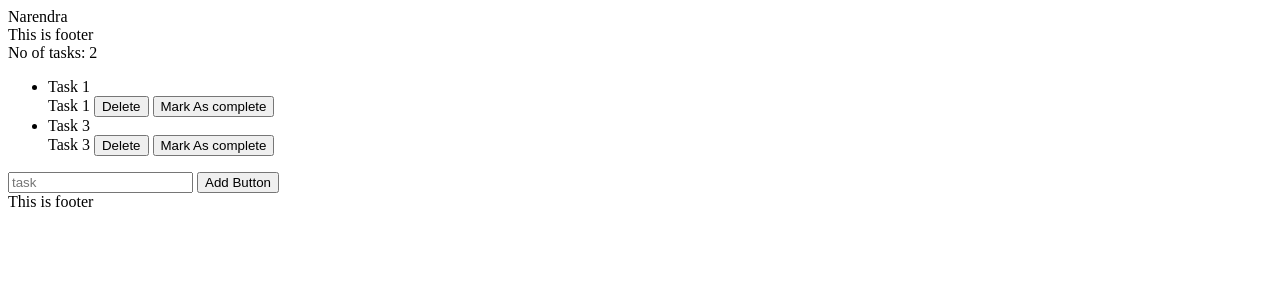
Repository: narendraiitm/jan-2023-term-live-session
Page: todo-vue/index.html
These files come from the project's save history. The page is drawn as it stood at one moment and after a run of saves; the edit follows.
The browser window is 1280 px wide. The pictures show the whole page.

Above is the page before, as saved 2023-02-16 17:46:09.

### todo-vue/index.html
<!DOCTYPE html>
<html lang="en">
  <head>
    <meta charset="UTF-8" />
    <meta http-equiv="X-UA-Compatible" content="IE=edge" />
    <meta name="viewport" content="width=device-width, initial-scale=1.0" />
    <title>Document</title>
    <style>
      .complete {
        color: red;
      }
    </style>
  </head>
  <body>
    <div id="app"></div>
    <script src="https://cdn.jsdelivr.net/npm/vue@2/dist/vue.js"></script>
    <script src="./app.js" type="module"></script>
  </body>
</html>

### todo-vue/app.js
import Footer from './Components/Footer.js'
import Task from './Components/Task.js'

Vue.component('Header', {
  template: `<div> {{name}}
  <Footer />
  </div>`,
  data() {
    return {
      name: 'Narendra',
    }
  },
  components: {
    Footer: Footer,
  },
})

new Vue({
  // options object
  el: '#app',
  template: `<div>
  <Header />
  <div> No of tasks: {{noOfTasks}} </div>
  <ul>

    <li v-for='(task, index) in tasks'>
        <Task :childTask='task' />
        <span :class='{complete: task.complete}'>{{task.name}}</span>
        <button @click='deleteTask(index)'> Delete</button>
        <button @click='markAsComplete(index)'> Mark As complete</button>
    </li>
  </ul>
  <input placeholder='task' v-model='currentTask' />
  <button @click='addTask()'> Add Button </button>
  <Footer />
  </div>`,
  data: {
    currentTask: null,
    tasks: [
      { name: 'Task 1', complete: false },
      { name: 'Task 3', complete: false },
    ],
  },
  components: {
    Footer,
    Task,
  },
  methods: {
    addTask() {
      this.tasks.push({ name: this.currentTask })
    },
    deleteTask(index) {
      this.tasks.splice(index, 1)
    },
    markAsComplete(index) {
      this.tasks[index].complete = true
    },
  },
  computed: {
    noOfTasks() {
      return this.tasks.length
    },
  },
  watch: {
    currentTask(newVal, oldVal) {
      if (newVal.length > 5) {
        alert('Length of the task cannot be more then 5')
      }
    },
  },
})

### todo-vue/Components/Footer.js
export default {
  template: `<div> This is footer </div>`,
}

### todo-vue/Components/Task.js
export default {
  template: `<div>
    <span>{{childTask.name}}</span>
    </div>`,
  props: ['childTask'],
}

After the next 2 saves:
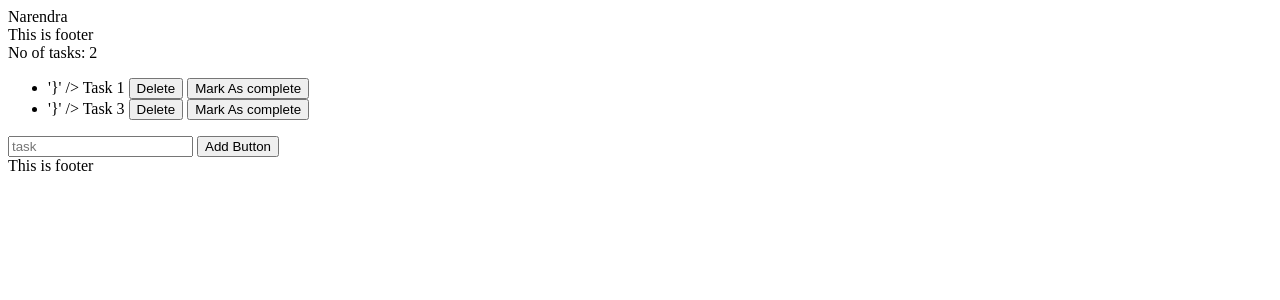
The 2 saves are shown as one change because they came seconds apart.
The last was saved 111 s later.
--- a/todo-vue/app.js
+++ b/todo-vue/app.js
@@ -24,7 +24,7 @@ new Vue({
   <ul>
 
     <li v-for='(task, index) in tasks'>
-        <Task :childTask='task' />
+        <Task childTask='{name: 'Narendra'}' />
         <span :class='{complete: task.complete}'>{{task.name}}</span>
         <button @click='deleteTask(index)'> Delete</button>
         <button @click='markAsComplete(index)'> Mark As complete</button>
